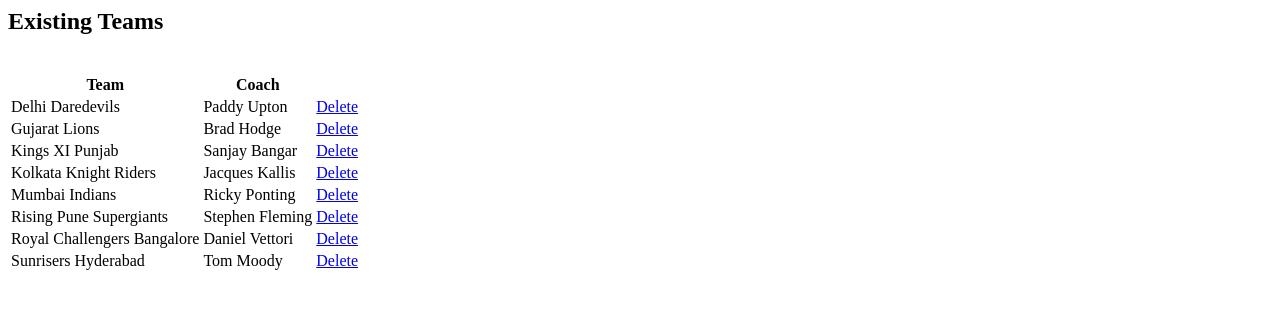
Repository: umng/Learn-to-Program
Page: http://localhost/Remove_team/
These files come from the project's save history. The page is drawn as it stood at one moment and after the next save; the edit follows.
The browser window is 1280 px wide. The pictures show the whole page.
The page is served by Tomcat 9. The database holds what the project's SQL file puts in it.

Above is the page before, as saved 2017-03-01 08:03:49.

After the next save:
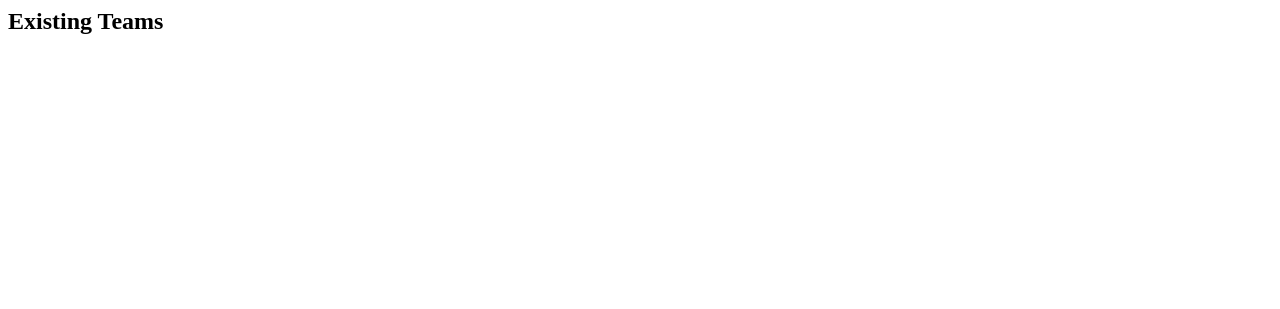
Saved 53 s later.
--- a/Java/CTS_SFDC/workspace/Remove team/WebContent/index.jsp
+++ b/Java/CTS_SFDC/workspace/Remove team/WebContent/index.jsp
@@ -12,20 +12,6 @@
 		<h2>Existing Teams</h2>
 		<br>
 		<table id="teams">
-			<thead>
-				<tr>
-					<th>Team</th>
-					<th>Coach</th>
-					<th></th>
-				</tr>
-			</thead>
-			<tbody>
-			<%
-				for(Team t: teams) {
-					out.print("<tr><td>" + t.getName() + "</td><td>" + t.getCoach() + "</td><td><a href='Delete?id=" + t.getId() + "'>Delete</a></td></tr>");
-				}
-			%>
-			</tbody>
 		</table>
 	</body>
 </html>

After the save that followed:
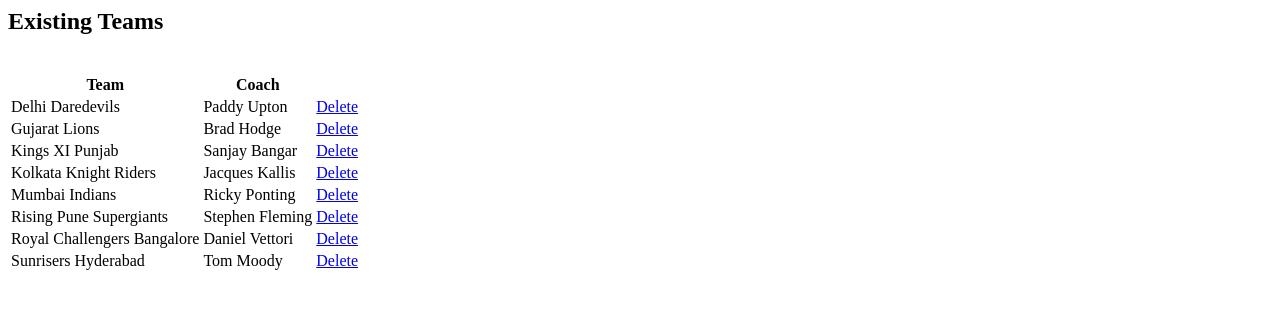
Saved 22 s later.
--- a/Java/CTS_SFDC/workspace/Remove team/WebContent/index.jsp
+++ b/Java/CTS_SFDC/workspace/Remove team/WebContent/index.jsp
@@ -12,6 +12,20 @@
 		<h2>Existing Teams</h2>
 		<br>
 		<table id="teams">
+			<thead>
+				<tr>
+					<th>Team</th>
+					<th>Coach</th>
+					<th></th>
+				</tr>
+			</thead>
+			<tbody>
+			<%
+				for(Team t: teams) {
+					out.print("<tr><td>" + t.getName() + "</td><td>" + t.getCoach() + "</td><td><a href='Delete?id=" + t.getId() + "'>Delete</a></td></tr>");
+				}
+			%>
+			</tbody>
 		</table>
 	</body>
 </html>
